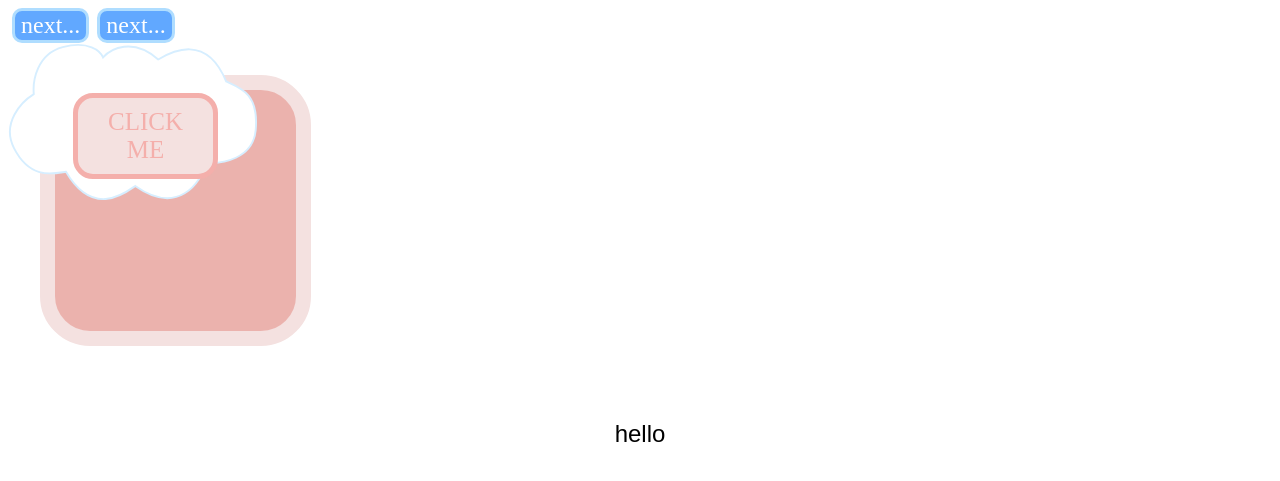
Repository: SoleilDagneau/MDIA2109Midterm
Page: index.html
These files come from the project's save history. The page is drawn as it stood at one moment and after the next save; the edit follows.
The browser window is 1280 px wide. The pictures show the whole page.
Some web fonts or font styles are not loaded; a fallback is used.

Above is the page before, as saved 2022-03-01 19:38:55.

### index.html
<!DOCTYPE html>
<html lang="en">
<head>
    <meta charset="UTF-8">
    <meta http-equiv="X-UA-Compatible" content="IE=edge">
    <meta name="viewport" content="width=device-width, initial-scale=1.0">
    <title>Document</title>

    <link rel="preconnect" href="https://fonts.googleapis.com">
    <link rel="preconnect" href="https://fonts.gstatic.com" crossorigin>
    <link href="https://fonts.googleapis.com/css2?family=Passion+One:wght@400;700&display=swap" rel="stylesheet">

    <script src="utils/speechbubble.js"></script>
    <script src="utils/clickbubble.js"></script>
    <script src="utils/squarecard.js"></script>
    <script src="utils/blobcard.js"></script>

</head>
<body>

    <the-speechbubble
    button_text="next..."
    ></the-speechbubble>

    <the-speechbubble
    button_text="next..."
    ></the-speechbubble>


    <the-clickbubble
    desc_text="CLICK ME"
    ></the-clickbubble>


    <the-squarecard
    info_text="hello"
    ></the-squarecard>

    <the-blobcard
    blob_text="hello"
    ></the-blobcard>

</body>
</html>

### utils/speechbubble.js
//MUST HAVE - CREATE A TEMPLATE TAG
var template_speechbub = document.createElement("template"); //<template> </template> RULE

//To-do - CREATE THE UI HERE!
template_speechbub.innerHTML = `

<style>
    #next_button {
        background-color:#61A8FF;
        border:3px solid #AFDDFF;
        border-radius: 10px;
        font-family: 'passion one', cursive;
        color: white;
        font-size:24px;
    }

</style>
<img id="speech_bubble" src="" alt=""/>
<button id="next_button">
    next...
</button>

`;

//MUST HAVE - CREATE A CLASS WITH HTMLELEMENT POWERS (interfaces/functionalities)
class TheSpeechBubble extends HTMLElement {

    //MUST HAVE - CREATE A CONSTRUCTOR TO DO INITAL ASSOCIATIONS
    constructor(){
        super(); //pass on the HTMLElement super powers!
        this.attachShadow({mode:"open"}) //Attach it to the shadowRoot

        //To-do - CREATE THE STATES FOR THE UI HERE!
    }

    //MUST HAVE - FUNCTION THAT RUNS AFTER IT'S CONNECTED
    connectedCallback(){
        this.shadowRoot.appendChild(template_speechbub.content.cloneNode(true));
        this.shadowRoot.querySelector("#next_button").innerText = this.getAttribute("button_text"); //use the template to make a clone
    }

    //To-do - CREATE THE FUNCTIONALITIES HERE!
}

//MUST HAVE - define the tag for the custom elements
customElements.define("the-speechbubble", TheSpeechBubble)

### utils/clickbubble.js
//MUST HAVE - CREATE A TEMPLATE TAG
var template_clickbubble = document.createElement("template"); //<template> </template> RULE

//To-do - CREATE THE UI HERE!
template_clickbubble.innerHTML = `

<style>
    #desc_text {
        font-family:'passion one', cursive;
        color: #F4AFAB;
        font-size:25px;
        padding: 10px;
        background-color:#F4E1E0;
        border: 5px solid #F4AFAB;
        border-radius: 20px;
        position: absolute;
        display:flex;
        margin: 40px;
        left: 25px;
        top:10px;
    }
    img{
        width: 250px;
    }
    #click_bubble{
        display:flex;
        position:absolute;
    }
</style>
<div id="click_bubble">
    <img src="imgs/cloud.svg" alt="cloud svg"/>
        <button id="desc_text">
            CLICK ME
        </button>
</div>

`;

//MUST HAVE - CREATE A CLASS WITH HTMLELEMENT POWERS (interfaces/functionalities)
class TheClickBubble extends HTMLElement {

    //MUST HAVE - CREATE A CONSTRUCTOR TO DO INITAL ASSOCIATIONS
    constructor(){
        super(); //pass on the HTMLElement super powers!
        this.attachShadow({mode:"open"}) //Attach it to the shadowRoot

        //To-do - CREATE THE STATES FOR THE UI HERE!
    }

    //MUST HAVE - FUNCTION THAT RUNS AFTER IT'S CONNECTED
    connectedCallback(){
        this.shadowRoot.appendChild(template_clickbubble.content.cloneNode(true));
        this.shadowRoot.querySelector("#desc_text").innerText = this.getAttribute("desc_text"); //use the template to make a clone
    }

    //To-do - CREATE THE FUNCTIONALITIES HERE!
}

//MUST HAVE - define the tag for the custom elements
customElements.define("the-clickbubble", TheClickBubble)

### utils/squarecard.js
//MUST HAVE - CREATE A TEMPLATE TAG
var template_scard = document.createElement("template"); //<template> </template> RULE

//To-do - CREATE THE UI HERE!
template_scard.innerHTML = `

<style>
    #info_card {
        background-color:#EBB2AD;
        width: 241px;
        height:241px;
        border: 15px solid #F4E1E0;
        border-radius: 50px;
        margin: 2rem;
    }
    #info_text {
        display:flex;
        justify-content:center;
        font-size:18px;
        font-family: 'nunito', sans-serif;
        color: white;
        padding: 10px;

    }
</style>
<div id="info_card">
    <p id="info_text">info text</p>
</div>
`;

//MUST HAVE - CREATE A CLASS WITH HTMLELEMENT POWERS (interfaces/functionalities)
class TheSquareCard extends HTMLElement {

    //MUST HAVE - CREATE A CONSTRUCTOR TO DO INITAL ASSOCIATIONS
    constructor(){
        super(); //pass on the HTMLElement super powers!
        this.attachShadow({mode:"open"}) //Attach it to the shadowRoot

        //To-do - CREATE THE STATES FOR THE UI HERE!
    }

    //MUST HAVE - FUNCTION THAT RUNS AFTER IT'S CONNECTED
    connectedCallback(){
        this.shadowRoot.appendChild(template_scard.content.cloneNode(true));
        this.shadowRoot.querySelector("#info_text").innerText = this.getAttribute("info_text"); //use the template to make a clone
    }

    //To-do - CREATE THE FUNCTIONALITIES HERE!
}

//MUST HAVE - define the tag for the custom elements
customElements.define("the-squarecard", TheSquareCard)

### utils/blobcard.js
//MUST HAVE - CREATE A TEMPLATE TAG
var template_bcard = document.createElement("template"); //<template> </template> RULE

//To-do - CREATE THE UI HERE!
template_bcard.innerHTML = `

<style>
    #blob_text {
        font-family:'nunito', sans-serif;
        font-size:24px;
        color:black;
        display:flex;
        justify-content:center;
    }
</style>
<img id="the_blobcard" src="" alt=""/>
<p id="blob_text">
blob text
</p>

`;

//MUST HAVE - CREATE A CLASS WITH HTMLELEMENT POWERS (interfaces/functionalities)
class TheBlobCard extends HTMLElement {

    //MUST HAVE - CREATE A CONSTRUCTOR TO DO INITAL ASSOCIATIONS
    constructor(){
        super(); //pass on the HTMLElement super powers!
        this.attachShadow({mode:"open"}) //Attach it to the shadowRoot

        //To-do - CREATE THE STATES FOR THE UI HERE!
    }

    //MUST HAVE - FUNCTION THAT RUNS AFTER IT'S CONNECTED
    connectedCallback(){
        this.shadowRoot.appendChild(template_bcard.content.cloneNode(true));
        this.shadowRoot.querySelector("#blob_text").innerText = this.getAttribute("blob_text");
         //use the template to make a clone
    }

    //To-do - CREATE THE FUNCTIONALITIES HERE!
}

//MUST HAVE - define the tag for the custom elements
customElements.define("the-blobcard", TheBlobCard)

After the next save:
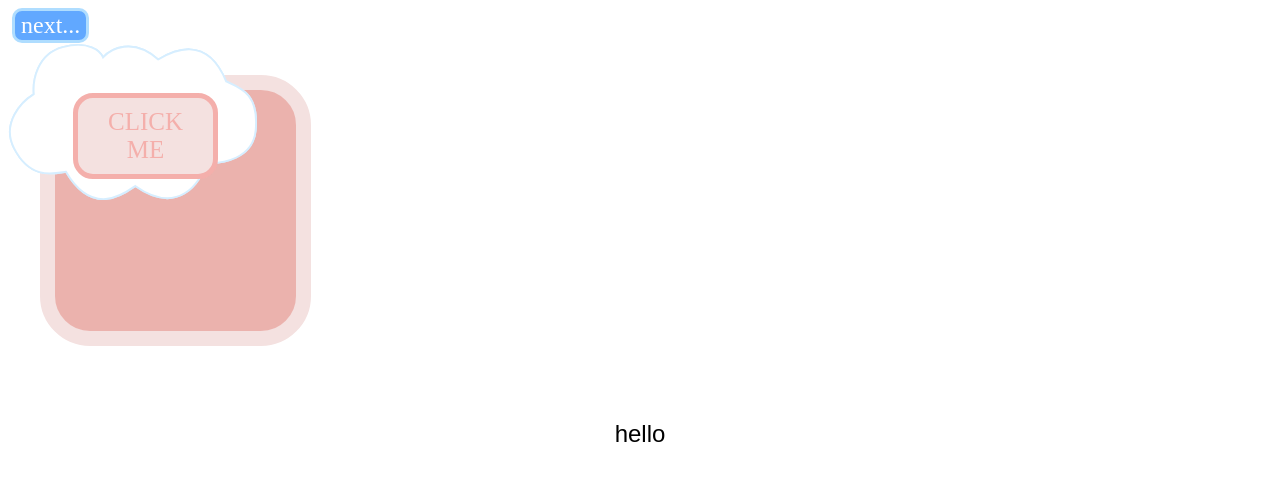
Saved 17 s later.
--- a/index.html
+++ b/index.html
@@ -22,10 +22,10 @@
     button_text="next..."
     ></the-speechbubble>
 
-    <the-speechbubble
-    button_text="next..."
-    ></the-speechbubble>
 
+    <the-clickbubble
+    desc_text="CLICK ME"
+    ></the-clickbubble>
 
     <the-clickbubble
     desc_text="CLICK ME"
